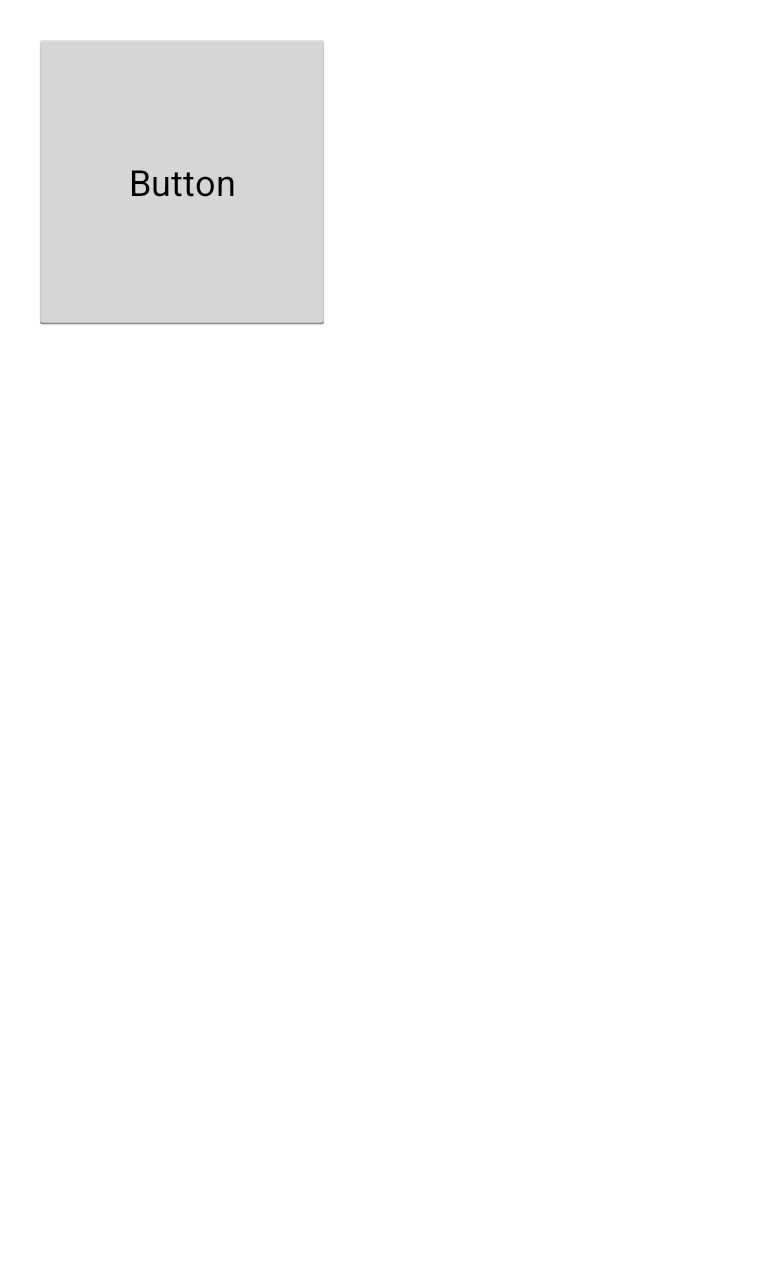
Repository: MadhuHS/JECM3
Layout: Layouts/res/layout/activity_main.xml
These files come from the project's save history. The layout is drawn as it stood at one moment and after the next save; the edit follows.
It is drawn on a 768 x 1280 px phone screen (xhdpi) without system bars, with theme AppTheme; the app's code is not run.

Above is the layout before, as saved 2015-11-25 03:45:00.

### Layouts/res/layout/activity_main.xml
<RelativeLayout xmlns:android="http://schemas.android.com/apk/res/android"
    xmlns:tools="http://schemas.android.com/tools"
    android:layout_width="match_parent"
    android:layout_height="match_parent"
    android:paddingBottom="@dimen/activity_vertical_margin"
    android:paddingLeft="@dimen/activity_horizontal_margin"
    android:paddingRight="@dimen/activity_horizontal_margin"
    android:paddingTop="@dimen/activity_vertical_margin"
    tools:context=".MainActivity" >

    <Button
        android:id="@+id/button1"
        android:layout_width="150dp"
        android:layout_height="150dp"
        android:layout_alignParentLeft="true"
        android:layout_alignParentTop="true"
        android:text="Button" />

</RelativeLayout>

Loaded but not shown: Layouts/res/values/styles.xml (common file); Layouts/res/values-v11/styles.xml (common file); Layouts/res/values-v14/styles.xml (common file); Layouts/res/values/dimens.xml (common file)

After the next save:
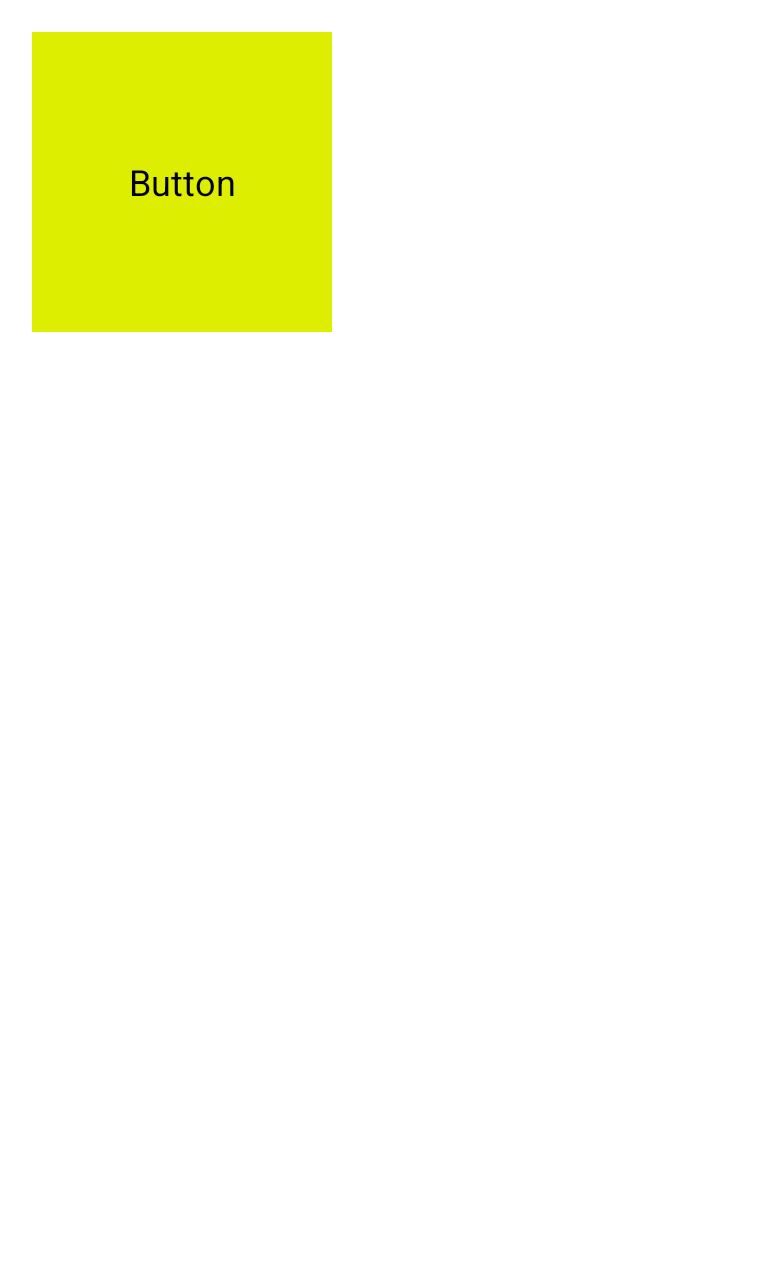
Saved 53 s later.
--- a/Layouts/res/layout/activity_main.xml
+++ b/Layouts/res/layout/activity_main.xml
@@ -14,6 +14,7 @@
         android:layout_height="150dp"
         android:layout_alignParentLeft="true"
         android:layout_alignParentTop="true"
+        android:background="#DDEE00"
         android:text="Button" />
 
 </RelativeLayout>
